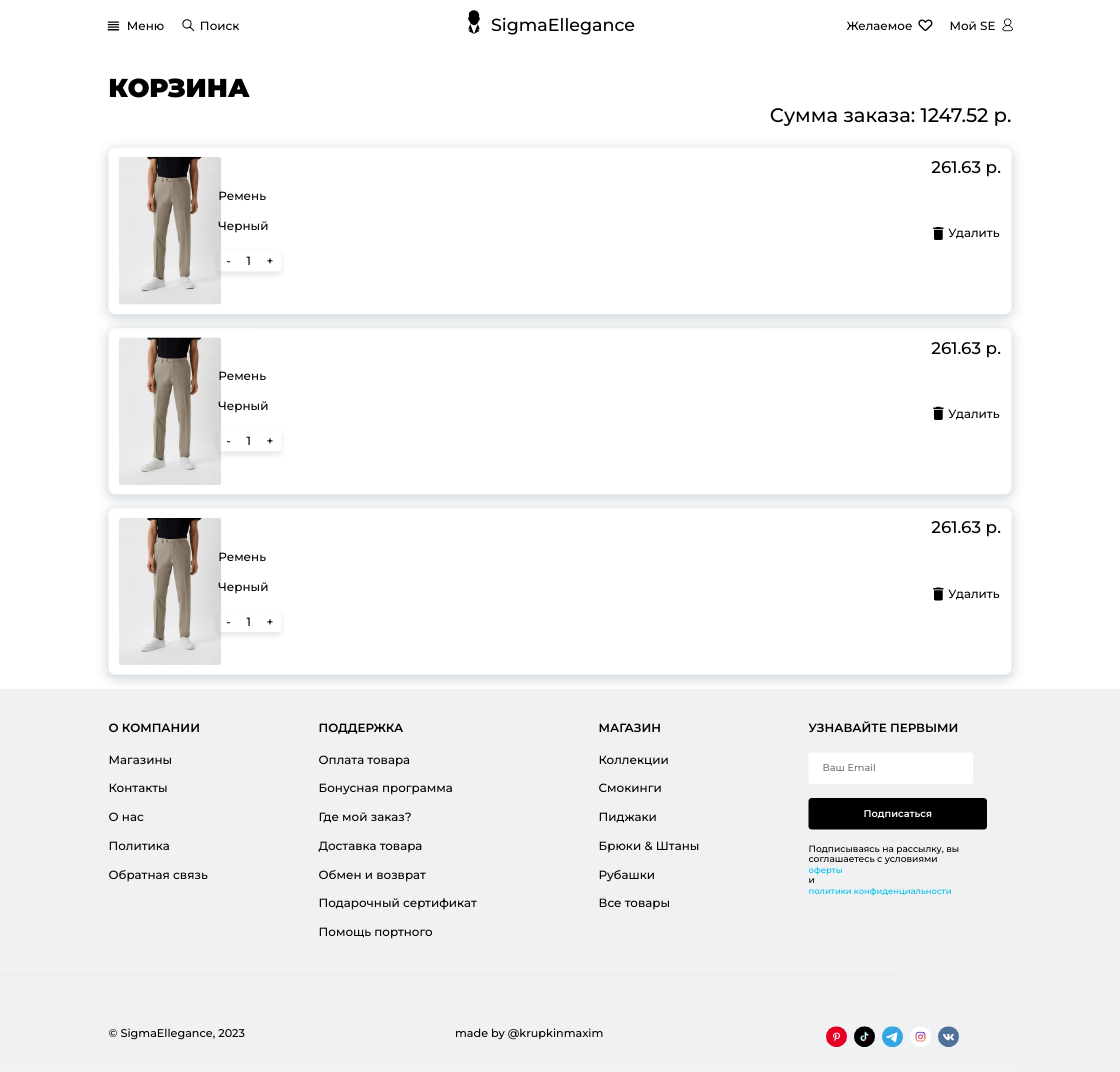
Repository: MaksimKrupkin/SigmaEllegance
Page: /cart
The author's editor kept a copy of each file at every save. The page is drawn from the files as they stood at one save, then again after the next save.
The browser window is 1280 px wide. The page is 1600 px wide, so the pictures cover 1600 px, including what lies to the right of the window. The pictures show the whole page, at 70% of full size.
Some web fonts or font styles are not loaded; a fallback is used. The project was rebuilt for these pictures with package versions that can differ from the ones it lists, and the page was loaded fresh each time. Also part of the build but not shown: src/Components/SideBar/SideBar.module.css, src/Components/SideBar/SideBar.jsx, src/Pages/HomePage.module.css, src/Components/SliderWrapper/SliderWrapper.module.css, src/Components/SliderCard/SliderCard.module.css, src/Components/SliderCard/SliderCard.jsx, src/Components/LeftArrow/LeftArrow.module.css, src/Components/LeftArrow/LeftArrow.jsx and 31 more.

Above is the page before, as saved 2023-12-19 20:11:32.

### public/index.html
<!DOCTYPE html>
<html lang="en">
  <head>
    <meta charset="utf-8" />

    <meta name="viewport" content="width=device-width, initial-scale=1" />
    <link rel="icon" type="image/png" href="./favicon.png" sizes="32x32" />
    <link rel="preconnect" href="https://fonts.googleapis.com" />
    <link rel="preconnect" href="https://fonts.gstatic.com" crossorigin />
    <link
      href="https://fonts.googleapis.com/css2?family=Roboto:wght@400;500;700&display=swap"
      rel="stylesheet" />
    <link
      href="https://fonts.googleapis.com/css2?family=Montserrat:ital,wght@0,300;0,500;0,600;0,900;1,400;1,500&family=Roboto:wght@400;500;700&display=swap"
      rel="stylesheet" />
    <link rel="preconnect" href="https://fonts.googleapis.com" />
    <link rel="preconnect" href="https://fonts.gstatic.com" crossorigin />
    <link
      href="https://fonts.googleapis.com/css2?family=Montserrat:wght@300&family=Roboto:wght@400;500;700&display=swap"
      rel="stylesheet" />
    <link href="https://fonts.cdnfonts.com/css/montserrat" rel="stylesheet" />
    <title>SigmaEllegance</title>
  </head>
  <body>
    <div id="root"></div>
  </body>
</html>

### src/index.js
import React from 'react';
import ReactDOM from 'react-dom/client';
import App from './App';
import { BrowserRouter } from 'react-router-dom';

const root = ReactDOM.createRoot(document.getElementById('root'));
root.render(
  <React.StrictMode>
    <BrowserRouter>
      <App />
    </BrowserRouter>
  </React.StrictMode>,
);

### src/App.js
import React, { useState, useEffect, useRef } from 'react';
import Header from './Components/Header/Header';
import HomePage from './Pages/HomePage';
import styles from './App.module.css';
import GoodsPage from './Pages/GoodsPage/GoodsPage';
import OpenGoodPage from './Pages/OpenGoodPage/OpenGoodPage';
import Footer from './Components/Footer/Footer';
import { BrowserRouter, Route, Routes, useParams } from 'react-router-dom';
import AboutUs from './Pages/AboutUs/AboutUs';
import SearchPage from './Pages/SearchPage/SearchPage';
import Contacts from './Pages/Contacts/Contacts';
import Payment from './Pages/Payment/Payment';
import Cart from './Pages/Cart/Cart';

function App() {
  const { category, id } = useParams();
  const [sidebarOpen, setSidebarOpen] = useState(false);

  const closeSidebar = () => {
    setSidebarOpen(false);
  };

  useEffect(() => {
    const handleOutsideClick = (event) => {};

    document.addEventListener('mousedown', handleOutsideClick);

    return () => {
      document.removeEventListener('mousedown', handleOutsideClick);
    };
  }, []);
  return (
    <div className={styles.container}>
      <Header />
      <Routes>
        <Route path="/" element={<HomePage />} />
        <Route path="/goodspage/" element={<GoodsPage />} />
        <Route path="/goodspage/:category" element={<GoodsPage />} />
        <Route path="/goodspage/:category/:id" element={<OpenGoodPage />} />
        <Route path="/opengoodspage" element={<OpenGoodPage />} />
        <Route path="/opengoodspage/:category/:id" element={<OpenGoodPage />} />
        <Route path="/aboutUsPage" element={<AboutUs />} />
        <Route path="/searchPage" element={<SearchPage />} />
        <Route path="/contacts" element={<Contacts />} />
        <Route path="/payment" element={<Payment />} />
        <Route path="/cart" element={<Cart />} />
      </Routes>

      <Footer />
    </div>
  );
}

export default App;

### src/Components/Header/Header.jsx
import React from 'react';
import { useState } from 'react';
import { Link } from 'react-router-dom';
import styles from './Header.module.css';
import logo from '../../assets/img/logo.svg';
import icon1 from '../../assets/img/Icon1.svg';
import icon2 from '../../assets/img/icon2.svg';
import icon3 from '../../assets/img/icon3.svg';
import icon4 from '../../assets/img/icon4.svg';
import SideBar from '../SideBar/SideBar';

function Header() {
  const [toggleMenu, setToggleMenu] = useState(false);
  const HandleToggle = () => {
    setToggleMenu(!toggleMenu);
  };
  console.log(toggleMenu);
  return (
    <header className={styles.header}>
      <div className={styles.left_part}>
        <div onClick={HandleToggle} className={styles.menu}>
          <img className={styles.icon1} src={icon1} alt="" />
          <p>Меню</p>
        </div>
        {toggleMenu && <SideBar HandleToggle={HandleToggle} />}

        <Link to="/searchPage" className={styles.search}>
          <img className={styles.icon2} src={icon2} alt="" />
          <p>Поиск</p>
        </Link>
      </div>
      <Link to="/" className={styles.logo_part}>
        <img className={styles.logo} src={logo} alt="" />
        <p>SigmaEllegance</p>
      </Link>
      <div className={styles.right_part}>
        <Link to="/cart" className={styles.liked}>
          <p>Желаемое</p>
          <img className={styles.icon3} src={icon3} alt="" />
        </Link>
        <Link className={styles.purchases}>
          <p>Мой SE</p>
          <img className={styles.icon4} src={icon4} alt="" />
        </Link>
      </div>
    </header>
  );
}

export default Header;

### src/App.module.css
body {
  font-family: 'Montserrat', sans-serif;
  display: block;
  margin: 0 auto;
  padding: 0;
  width: 100%;
  position: relative;
  overflow-x: hidden;
}
.container {
  width: 1600px;
  display: block;
  margin: 0 auto;
}

*,
*::before,
*::after {
  box-sizing: border-box;
}

/* Links */

a,
a:link,
a:visited {
  text-decoration: none;
}

a:hover {
  text-decoration: none;
}

/* Common */

aside,
nav,
header,
section,
main {
  display: block;
}

h1,
h2,
h3,
h4,
h5,
h6,
p {
  font-size: inherit;
  font-weight: inherit;
}

ul,
ul li {
  list-style: none;
}

img {
  vertical-align: top;
}

img,
svg {
  max-width: 100%;
  height: auto;
}

address {
  font-style: normal;
}

/* Form */

input,
textarea,
button,
select {
  font-family: inherit;
  font-size: inherit;
  color: inherit;
  background-color: transparent;
}

input::-ms-clear {
  display: none;
}

button,
input[type='submit'] {
  display: inline-block;
  box-shadow: none;
  background-color: transparent;
  background: none;
  cursor: pointer;
}

input:focus,
input:active,
button:focus,
button:active {
  outline: none;
}

button::-moz-focus-inner {
  padding: 0;
  border: 0;
}

label {
  cursor: pointer;
}

legend {
  display: block;
}

### src/Components/Footer/Footer.jsx
import React from 'react';
import icon1 from '../../assets/img/pint.svg';
import icon2 from '../../assets/img/TT.svg';
import icon3 from '../../assets/img/TG.svg';
import icon4 from '../../assets/img/IG.svg';
import icon5 from '../../assets/img/VK.svg';
import styles from './Footer.module.css';

export default function Footer() {
  return (
    <footer className={styles.footer}>
      <div className={styles.column_1}>
        <a className={styles.column_title}>О компании</a>
        <a className={styles.column_item}> Магазины</a>
        <a className={styles.column_item}>Контакты</a>
        <a className={styles.column_item}>О нас</a>
        <a className={styles.column_item}>Политика</a>
        <a className={styles.column_item}>Обратная связь</a>
      </div>
      <div className={styles.column_2}>
        <a className={styles.column_title}>Поддержка</a>
        <a className={styles.column_item}> Оплата товара</a>
        <a className={styles.column_item}>Бонусная программа</a>
        <a className={styles.column_item}>Где мой заказ?</a>
        <a className={styles.column_item}>Доставка товара</a>
        <a className={styles.column_item}>Обмен и возврат</a>
        <a className={styles.column_item}>Подарочный сертификат</a>
        <a className={styles.column_item}>Помощь портного</a>
      </div>
      <div className={styles.column_3}>
        <a className={styles.column_title}>Магазин</a>
        <a className={styles.column_item}> Коллекции</a>
        <a className={styles.column_item}>Смокинги</a>
        <a className={styles.column_item}>Пиджаки</a>
        <a className={styles.column_item}>Брюки & Штаны</a>
        <a className={styles.column_item}>Рубашки</a>
        <a className={styles.column_item}>Все товары</a>
      </div>
      <div className={styles.footer_form}>
        <div className={styles.footer_form_title}>Узнавайте первыми</div>
        <form action={styles.text}>
          <input className={styles.footer_form_email} type="text" placeholder="Ваш Email" />
        </form>
        <div className={styles.footer_button}>
          <div className={styles.footer_link}>Подписаться</div>
        </div>
        <div className={styles.policy}>
          Подписываясь на рассылку, вы соглашаетесь с условиями{' '}
          <a href="" className={styles.policy_link}>
            оферты
          </a>{' '}
          и <a className={styles.policy_link}>политики конфиденциальности</a>{' '}
        </div>
      </div>
      <div className={styles.footer_border}>
        <img src="/img/Border.svg" alt="" />
      </div>
      <div className={styles.sigma_corp}>© SigmaEllegance, 2023</div>
      <div className={styles.made_by}>made by @krupkinmaxim</div>
      <div className={styles.social_networks}>
        <img className={styles.pintrest} src={icon1} alt="" />
        <img className={styles.tik_tok} src={icon2} alt="" />
        <img className={styles.telegram} src={icon3} alt="" />
        <img className={styles.instagram} src={icon4} alt="" />
        <img className={styles.vk} src={icon5} alt="" />
      </div>
    </footer>
  );
}

### src/Pages/Cart/Cart.jsx
import React from 'react';
import styles from './Cart.module.css';
import CartGood from './CartGood/CartGoods';

export default function Cart() {
  return (
    <div className={styles.wrapper}>
      <div className={styles.container}>
        <div className={styles.title}>Корзина</div>
        <div className={styles.sum}>Сумма заказа: 1247.52 р.</div>
        <CartGood />
        <CartGood />
        <CartGood />
      </div>
    </div>
  );
}

### src/Components/Header/Header.module.css
.header {
  font-family: 'Montserrat', sans-serif;
  margin: 0 auto;
  width: 100%;
  height: 10vh;
  display: flex;
  justify-content: space-around;
  align-items: center;
}

.left_part {
  display: flex;
  justify-content: space-between;
  align-items: center;
  gap: 25px;
  color: #000;
  margin-bottom: -2px;

  font-family: Montserrat;
  font-size: 17px;
  font-style: normal;
  font-weight: 500;
  line-height: normal;
}
.menu {
  display: flex;
  justify-content: space-between;
  align-items: center;
  gap: 8px;
  cursor: pointer;
}
.menu:hover {
  color: rgb(80, 77, 77);
}
.icon1 {
  width: 22px;
  height: 22px;
  margin-bottom: 1px;
}
.search {
  display: flex;
  justify-content: space-between;
  align-items: center;
  gap: 8px;
  cursor: pointer;
  color: black;
}

.search:hover {
  color: rgb(80, 77, 77);
}
.icon2 {
  width: 18px;
  height: 18px;
  margin-bottom: 3px;
}

.logo_part {
  margin-bottom: 3px;
  display: flex;
  justify-content: space-between;
  align-items: center;

  color: #000;

  font-family: Montserrat;
  font-size: 25px;
  font-style: normal;
  font-weight: 400;
  line-height: normal;
  cursor: pointer;
}

.logo {
  width: 67.375px;
  height: 69.103px;
  flex-shrink: 0;
  margin-right: -10px;
}
.right_part {
  margin-bottom: -2px;
  display: flex;
  justify-content: space-between;
  align-items: center;
  gap: 23px;
  font-family: Montserrat;
  font-size: 17px;
  font-style: normal;
  font-weight: 500;
  line-height: normal;
}

.liked {
  color: black;
  display: flex;
  justify-content: space-between;
  align-items: center;
  gap: 8px;
  cursor: pointer;
}
.liked:hover {
  color: rgb(80, 77, 77);
}
.icon3 {
  width: 22px;
  height: 22px;
  margin-bottom: 3px;
}

.purchases {
  color: black;
  display: flex;
  justify-content: space-between;
  align-items: center;
  gap: 8px;
  cursor: pointer;
}
.purchases:hover {
  color: rgb(80, 77, 77);
}

.icon4 {
  width: 19px;
  height: 19px;
  margin-bottom: 3px;
}

### src/Components/Footer/Footer.module.css
.footer {
  background-color: #eff1f3;
  width: 1600px;
  height: 547px;
  position: absolute;
  overflow-y: hidden;
  margin-top: 0px;
}
a {
  display: block;
}

.column_1 {
  position: absolute;
  top: 45px;
  left: 155px;
}

.column_2 {
  position: absolute;
  top: 45px;
  left: 455px;
}

.column_3 {
  position: absolute;
  top: 45px;
  left: 855px;
}
.column_title {
  font-style: normal;
  font-weight: 600;
  font-size: 17px;
  line-height: 21px;
  text-transform: uppercase;
  color: #000000;
  margin-bottom: 25px;
}

.column_item {
  font-family: 'Montserrat';
  font-style: normal;
  font-weight: 400;
  font-size: 17px;
  line-height: 21px;
  color: #000000;
  margin-bottom: 20px;
  cursor: pointer;
}

.footer_form {
  position: absolute;
  top: 45px;
  left: 1155px;
}

.footer_form_title {
  font-style: normal;
  font-weight: 600;
  font-size: 17px;
  line-height: 21px;
  text-transform: uppercase;
  color: #000000;
  margin-bottom: 25px;
}
.footer {
  opacity: 1;
}
.footer_form_email {
  width: 235px;
  height: 45px;
  background-color: white;
  border: none;
  border-radius: 5px;
  font-style: normal;
  font-weight: 400;
  font-size: 14px;
  line-height: 17px;
  padding-left: 20px;
  color: rgba(0, 0, 0, 0.4);
}
.footer_form_email:focus {
  border: 2px solid black;
}

.footer_button {
  margin-top: 20px;
  margin-bottom: 20px;
  width: 255px;
  background-color: #000000;
  border-radius: 5px;
  text-align: center;
  font-style: normal;
  font-weight: 600;
  font-size: 14px;
  line-height: 45px;
  color: #ffffff;
  cursor: pointer;
}
.footer_link {
  color: #ffffff;
}

.policy {
  width: 254px;
  font-style: normal;
  font-weight: 400;
  font-size: 13px;
  line-height: 15px;
  color: #000000;
}
.policy_link {
  font-style: normal;
  font-weight: 400;
  font-size: 12px;
  line-height: 15px;
  color: #00bfed;
}

.footer_border {
  position: absolute;
  bottom: 120px;
}

.sigma_corp {
  position: absolute;
  left: 155px;
  bottom: 45px;

  font-weight: 500;
}

.made_by {
  position: absolute;
  left: 650px;
  bottom: 45px;
  font-weight: 500;
}

.social_networks {
  position: absolute;
  left: 1180px;
  bottom: 35px;
}
.pintrest {
  width: 30px;
  height: 30px;
  margin-right: 10px;
  transition: all 0.1s ease-in;
  cursor: pointer;
}
.pintrest:hover {
  width: 35px;
  height: 35px;
  transform: translateY(-3px);
}
.tik_tok {
  width: 30px;
  height: 30px;
  margin-right: 10px;
  transition: all 0.1s ease-in;
  cursor: pointer;
}
.tik_tok:hover {
  width: 35px;
  height: 35px;
  transform: translateY(-3px);
}
.telegram {
  width: 30px;
  height: 30px;
  margin-right: 10px;
  transition: all 0.1s ease-in;
  cursor: pointer;
}
.telegram:hover {
  width: 35px;
  height: 35px;
  transform: translateY(-3px);
}
.instagram {
  width: 30px;
  height: 30px;
  margin-right: 10px;
  transition: all 0.1s ease-in;
  cursor: pointer;
}
.instagram:hover {
  width: 35px;
  height: 35px;
  transform: translateY(-3px);
}
.vk {
  width: 30px;
  height: 30px;
  margin-right: 10px;
  transition: all 0.1s ease-in;
  cursor: pointer;
}
.vk:hover {
  width: 35px;
  height: 35px;
  transform: translateY(-3px);
}

### src/Pages/Cart/Cart.module.css
.wrapper {
  width: 1600px;
  min-height: 90vh;
  display: flex;
  justify-content: center;
}
.container {
  width: 1290px;
}
.title {
  margin-top: 30px;
  color: #000;

  font-family: Montserrat;
  font-size: 37px;
  font-style: normal;
  font-weight: 700;
  line-height: normal;
  text-transform: uppercase;
}
.sum {
  font-size: 28px;
  font-weight: 500;
  text-align: right;
  margin-bottom: 30px;
}

### src/Pages/Cart/CartGood/CartGoods.jsx
import React from 'react';
import styles from './CartGood.module.css';
import image from '../../../assets/img/bruki-1.webp';
import { MdDelete } from 'react-icons/md';

export default function CartGood() {
  return (
    <div className={styles.good_item}>
      <img className={styles.goods_img} src={image} alt="" />
      <div className={styles.goods_data}>
        <p className={styles.goods_type}>Ремень</p>
        <p className={styles.goods_color}>Черный</p>
        <div className={styles.goods_count}>
          <div>-</div>
          <div>1</div>
          <div>+</div>
        </div>
      </div>
      <div className={styles.right}>
        <p className={styles.goods_price}>261.63 р.</p>
        <div className={styles.goods_delete}>
          <MdDelete fontSize={25} />
          <p className={styles.delete_text}>Удалить</p>
        </div>
      </div>
    </div>
  );
}

### src/Pages/Cart/CartGood/CartGood.module.css
.good_item {
  padding: 15px;

  width: 100%;
  height: 33vh;
  border-radius: 10px;
  display: flex;
  justify-content: space-between;
  align-items: center;
  -webkit-box-shadow: 0px 4px 15px 3px rgba(34, 60, 80, 0.2);
  -moz-box-shadow: 0px 4px 15px 3px rgba(34, 60, 80, 0.2);
  box-shadow: 0px 4px 15px 3px rgba(34, 60, 80, 0.2);
  margin-bottom: 20px;
}

.goods_img {
  width: 146px;
  border-radius: 4px;
}
.goods_data {
  display: flex;
  flex-direction: column;
  justify-content: space-between;
  gap: 21px;
  margin-left: -930px;
  font-size: 17px;
  font-weight: 500;
}
.goods_count {
  font-size: 17px;
  cursor: pointer;
  display: flex;
  align-items: center;
  justify-content: space-around;
  width: 90px;
  height: 30px;
  border-radius: 5px;
  margin: 0;

  -webkit-box-shadow: 0px 4px 7px 1px rgba(34, 60, 80, 0.12);
  -moz-box-shadow: 0px 4px 7px 1px rgba(34, 60, 80, 0.12);
  box-shadow: 0px 4px 7px 1px rgba(34, 60, 80, 0.12);
}
.goods_type {
  line-height: 17px;
  margin: 0;
}
.goods_color {
  line-height: 17px;
  padding-bottom: 5px;
  margin: 0;
  margin-top: 5px;
}
.right {
  height: 100%;
  display: flex;
  flex-direction: column;
  align-items: end;
  font-size: 17px;
  font-weight: 500;
  gap: 53px;
}
.goods_price {
  font-size: 24px;
  margin: 0;
  margin-top: -2px;
}
.goods_delete {
  margin: 0;
  margin-right: 2px;
  display: flex;
  justify-content: space-between;
  align-items: center;
  gap: 2px;
  cursor: pointer;
}

After the next save:
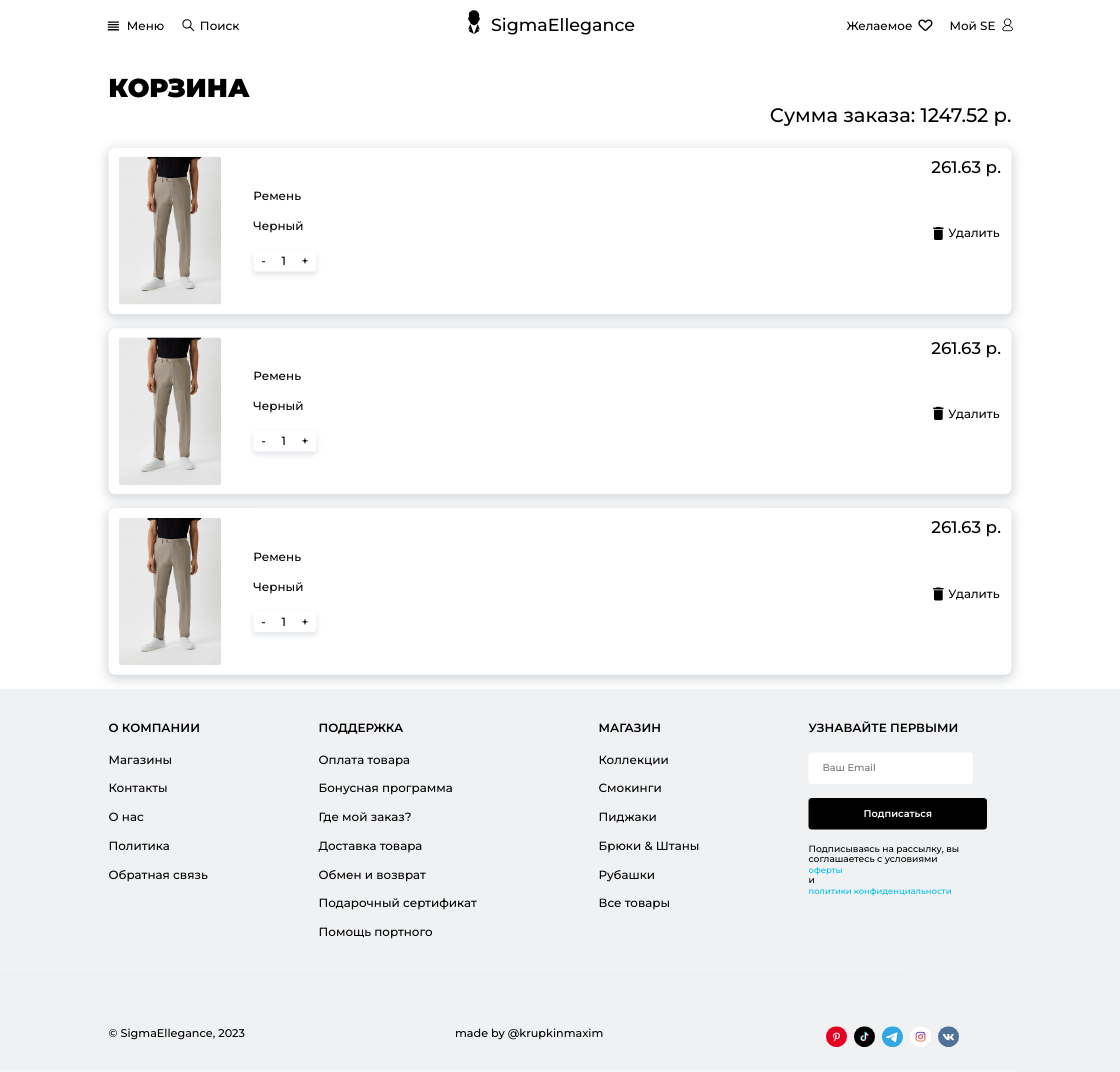
Saved 25 s later.
--- a/src/Pages/Cart/CartGood/CartGood.module.css
+++ b/src/Pages/Cart/CartGood/CartGood.module.css
@@ -22,7 +22,7 @@
   flex-direction: column;
   justify-content: space-between;
   gap: 21px;
-  margin-left: -930px;
+  margin-left: -830px;
   font-size: 17px;
   font-weight: 500;
 }
